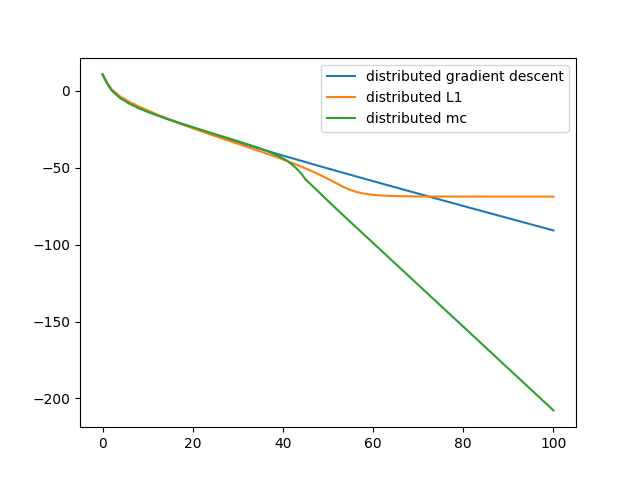
Repository: komuro-zero/distributed-optimization
Script's output: python main.py
These files come from the project's save history. The script's output is drawn as it stood at one moment and after the next save; the edit follows.
Random numbers start from a fixed seed.

Above is the script's output before, as saved 2019-09-24 11:57:54.

### main.py
import numpy as np
import matplotlib.pyplot as plt
from numpy.random import *
from modules.distributed_functions import functions


class distributed_updates(functions):


    def __init__(self):

        self.N = 30
        self.m = 100
        self.r_i = 40
        self.iteration = 100
        self.sparsity_percentage = 0.2
        self.lamb = 10**-2
        self.eta = 0.24
        self.rho = self.lamb*(20**2)
        if self.lamb/self.rho <= self.eta*self.lamb:
            print("faulty rho")
            exit()

    def make_variables(self):
        """
        w_star,U_all,d_allを返㝙
        """
        w = randn(self.N,1)
        w_star = self.w_star(self.N,self.sparsity_percentage)
        U_all = randn(self.m,self.N)
        d_all = np.dot(U_all,w_star)
        L2 = np.dot(w_star.T,w_star)

        return w,w_star,U_all,d_all,L2

    def run(self):
        w,w_star,U_all,d_all,L2 = self.make_variables()
        c = self.adjacency_matrix(self.m,self.r_i)
        w_all = self.make_w(self.m,self.N)

        #self.centralized_gradient_descent(U_all,d_all,w,w_star,L2,0.0035,self.iteration)
        #self.centralized_L1(U_all,d_all,w,w_star,L2,10**-4,0.0036,self.iteration)
        #self.centralized_mc(U_all,d_all,w,w_star,L2,5*10**-1,0.0036,5*10**-1*(23.57**2),self.iteration)
        self.distributed_gradient_descent(U_all,d_all,w_star,L2,self.N,self.m,self.r_i,0.25,self.iteration,c,w_all)
        self.distributed_L1(U_all,d_all,w_star,L2,self.N,self.m,self.r_i,10**-4,0.26,self.iteration,c,w_all)
        dmc = self.distributed_mc(U_all,d_all,w_star,L2,self.N,self.m,self.r_i,self.lamb,self.eta,self.rho,self.iteration,c,w_all)

        #error = [cgd[-1],cl1,cmc[-1],dgd[-1],dl1[-1],dmc[-1]]
        return dmc[-1]#error

"""
    #not completed
    def run_distributed(self):
        w,w_star,U_all,d_all,L2 = self.make_variables()

        lamb_l1 = 9*10**-5
        lamb_mc = 10**-3
        eta_gd = 0.1
        eta_l1 = 0.09
        eta_mc = 0.01

        self.distributed(U_all,d_all,w_star,L2,self.N,self.m,self.r_i,lamb_l1,lamb_mc,eta_gd,eta_l1,eta_mc,self.rho,self.iteration)
"""


if __name__ == "__main__":
    simulation = distributed_updates()
    cgd=cl1=cmc=dgd=dl1=dmc=[]
    for i in range(1):
        error = simulation.run()
        cgd.append(error)
        print("iteration:",i)
        """
        error = simulation.run()
        cgd.append(error[0])
        cl1.append(error[1])
        cmc.append(error[2])
        dgd.append(error[3])
        dl1.append(error[4])
        dmc.append(error[5])

        print("iteration:",i)
        """
    times = range(len(cgd))

    print("average:",sum(cgd)/len(cgd),"\n max:",max(cgd))
    #plt.bar(times,cgd)
    plt.legend()
    plt.show()

### modules/distributed_functions.py
#functions used in each simulations
import numpy as np
from numpy.random import *
import matplotlib.pyplot as plt
import random

class functions():
	def w_star(self,N,sparse_percentage):
		w_star = randn(N,1)     #０に近い値が出力される。つまり平均は0
		before_length = len(w_star)
		after_length = before_length
		while (after_length / before_length) > sparse_percentage:
			a = randint(0,N-1)  #randintは整数で返す
			w_star[a] = 0
			after_length = len(np.unique(w_star))-1  #重複要素の削除
		return w_star

	def db(self,x, y):
		db = 10 * np.log10(x / y)
		return db[0][0]

	def adjacency_matrix(self,m,r_i):
		c = np.eye(m)
		for j in range(m):
			counter = 0
			while counter != r_i:
				random_num = random.randint(0,m-1)
				if c[j][random_num] != 1:
					c[j][random_num] = 1
					counter += 1
		return c

	def make_w(self,m,N):
		w = randn(N,1).T
		for i in range(m-1):
			w = np.concatenate((w,randn(N,1).T))
		return w

	def centralized_gradient_descent(self,Ut,d,w,w_star,L2,eta,iteration):
		error = [self.db(np.dot((w-w_star).T,w-w_star)[0],L2)]
		times = [0]
		one_error =0
		U = Ut.T
		for i in range(iteration):
			w = w - 2*eta*(np.dot(U,(np.dot(Ut,w)-d)))
			one_error = np.dot((w-w_star).T,w-w_star)[0]
			error.append(self.db(one_error,L2))
			times.append(i+1)
		plt.plot(times,error,label = "centralized gradient descent")
		return error,w

	def centralized_L1(self,Ut,d,w,w_star,L2,lamb,eta,iteration):
		error = [self.db(np.dot((w-w_star).T,w-w_star)[0],L2)]
		times = [0]
		one_error =0
		U = Ut.T
		for i in range(iteration):
			w = w - 2*eta*(np.dot(U,(np.dot(Ut,w)-d)))
			for j in range(len(w)):
				if w[j] > 0 and lamb < abs(w[j]):
					w[j] -= lamb
				elif w[j] < 0 and lamb < abs(w[j]):
					w[j] += lamb
				else:
					w[j] = 0
			one_error = np.dot((w-w_star).T,w-w_star)[0]
			error.append(self.db(one_error,L2))
			times.append(i+1)
		exec("plt.plot(times,error,label = 'centralized_L1')")
		return error,w

	def centralized_mc(self,Ut,d,w,w_star,L2,lamb,eta,rho,iteration):
		error = [self.db(np.dot((w-w_star).T,w-w_star)[0],L2)]
		times = [0]
		one_error =0
		U = Ut.T
		for i in range(iteration):
			w = w - 2*eta*(np.dot(U,(np.dot(Ut,w)-d)))
			for j in range(len(w)):
				if abs(w[j]) < eta*lamb:
					w[j] = 0
				elif eta*lamb < abs(w[j]) and abs(w[j]) < lamb/rho:
					w[j] = w[j]*(abs(w[j])-eta*lamb)/(abs(w[j])*(1-eta*rho))
				elif lamb/rho <= abs(w[j]):
					w[j] = w[j]
				else:
					print("banana")
			one_error = np.dot((w-w_star).T,w-w_star)[0]
			error.append(self.db(one_error,L2))
			times.append(i+1)
			one_error = 0
		plt.plot(times,error,label = "centralized_mc")
		return error,w

	def one_gradient_descent(self,Ut,d,w,eta):
		U = Ut.T
		w = w - 2*eta*((U*(np.dot(Ut,w)-d)))
		return w

	def one_L1(self,Ut,d,w,lamb,eta):
		U = Ut.T
		w = w - 2*eta*((U*(np.dot(Ut,w)-d)))
		for j in range(len(w)):
			if w[j] > 0 and lamb < abs(w[j]):
				w[j] -= lamb
			elif w[j] < 0 and lamb < abs(w[j]):
				w[j] += lamb
			else:
				w[j] = 0
		return w

	def one_mc(self,Ut,d,w,lamb,eta,rho):
		U = Ut.T
		w = w - 2*eta*((U*(np.dot(Ut,w)-d)))
		for j in range(len(w)):
			if abs(w[j]) < eta*lamb:
				w[j] = 0
			elif eta*lamb < abs(w[j]) and abs(w[j]) < lamb/rho:
				w[j] = w[j]*(abs(w[j])-eta*lamb)/(abs(w[j])*(1-eta*rho))
			elif lamb/rho <= abs(w[j]):
				w[j] = w[j]
			else:
				print("banana")
		return w

	def distributed_gradient_descent(self,Ut,d,w_star,L2,N,m,r_i,eta,iteration,c,w_all_f):
		average_error = [0]
		for i in range(1,m+1,1):
			exec("u_%d = Ut[%d]" % (i,i-1))
			exec("d_%d = d[%d][0]" % (i,i-1))
			exec("w_%d = np.reshape(w_all_f[%d],(N,1)).ravel() " % (i,i-1))
			exec("w_next_%d = w_%d" % (i,i))
			exec("error_w_%d = []" % (i))
			exec("one_error_%d =[]" % (i))
			exec("average_error[0] += self.db(np.dot((w_%d-w_star.ravel()).T,w_%d-w_star.ravel()),L2)"%(i,i))
		average_error[0] = average_error[0]/m
		times = [0]
		for i in range(iteration):
			for j in range(1,m+1,1):
				exec("w_%d = self.one_gradient_descent(u_%d,d_%d,w_%d,eta)" % (j,j,j,j))
				exec("w_next_%d = w_%d" % (j,j))
			exec("w_all = [w_next_1]")
			for j in range(2,m+1):
				exec("w_all = np.concatenate((w_all,[w_next_%d]))" %(j))
			exec("average = (1/(r_i+1))*np.dot(c,w_all)")
			for j in range(1,m+1,1):
				exec("w_%d = average[%d]" % (j,j-1))
			for j in range(1,m+1,1):
				exec("one_error_%d = np.dot((w_%d-w_star.ravel()).T,w_%d-w_star.ravel())" % (j,j,j))
				#exec("print(one_error_%d)"%(j))
				exec("error_w_%d.append(self.db(one_error_%d,L2))" % (j,j))
			times.append(i+1)
		for i in range(iteration):
			exec("average_error.append(error_w_1[%d])" % (i))
			for j in range(2,m+1,1):
				exec("average_error[%d] += error_w_%d[%d]" % (i+1,j,i))
			average_error[i+1] = average_error[i+1]/m
		exec("plt.plot(times,average_error,label = 'distributed gradient descent')")
		return average_error

	def distributed_L1(self,Ut,d,w_star,L2,N,m,r_i,lamb,eta,iteration,c,w_all_f):
		average_error = [0]
		for i in range(1,m+1,1):
			exec("u_%d = Ut[%d]" % (i,i-1))
			exec("d_%d = d[%d][0]" % (i,i-1))
			exec("w_%d = np.reshape(w_all_f[%d],(N,1)).ravel() " % (i,i-1))
			exec("w_next_%d = w_%d" % (i,i))
			exec("error_w_%d = []" % (i))
			exec("one_error_%d =[]" % (i))
			exec("average_error[0] += self.db(np.dot((w_%d-w_star.ravel()).T,w_%d-w_star.ravel()),L2)"%(i,i))
		average_error[0] = average_error[0]/m

		times = [0]
		for i in range(iteration):
			for j in range(1,m+1,1):
				exec("w_%d = self.one_L1(u_%d,d_%d,w_%d,lamb,eta)" % (j,j,j,j))
				exec("w_next_%d = w_%d" % (j,j))
			exec("w_all = [w_next_1]")
			for j in range(2,m+1):
				exec("w_all = np.concatenate((w_all,[w_next_%d]))" %(j))
			exec("average = (1/(r_i+1))*np.dot(c,w_all)")
			for j in range(1,m+1,1):
				exec("w_%d = average[%d]" % (j,j-1))
			for j in range(1,m+1,1):
				exec("one_error_%d = np.dot((w_%d-w_star.ravel()).T,w_%d-w_star.ravel())" % (j,j,j))
				exec("error_w_%d.append(self.db(one_error_%d,L2))" % (j,j))
			times.append(i+1)
		for i in range(iteration):
			exec("average_error.append(error_w_1[%d])" % (i))
			for j in range(2,m+1,1):
				exec("average_error[%d] += error_w_%d[%d]" % (i+1,j,i))
			average_error[i+1] = average_error[i+1]/m
		exec("plt.plot(times,average_error,label = 'distributed L1')")
		return average_error

	def distributed_mc(self,Ut,d,w_star,L2,N,m,r_i,lamb,eta,rho,iteration,c,w_all_f):
		average_error = [0]
		for i in range(1,m+1,1):
			exec("u_%d = Ut[%d]" % (i,i-1))
			exec("d_%d = d[%d][0]" % (i,i-1))
			exec("w_%d = np.reshape(w_all_f[%d],(N,1)).ravel() " % (i,i-1))
			exec("w_next_%d = w_%d" % (i,i))
			exec("error_w_%d = []" % (i))
			exec("one_error_%d =[]" % (i))
			exec("average_error[0] += self.db(np.dot((w_%d-w_star.ravel()).T,w_%d-w_star.ravel()),L2)"%(i,i))
		average_error[0] = average_error[0]/m
		times = [0]
		for i in range(iteration):
			for j in range(1,m+1,1):
				exec("w_%d = self.one_mc(u_%d,d_%d,w_%d,lamb,eta,rho)" % (j,j,j,j))
				exec("w_next_%d = w_%d" % (j,j))
			exec("w_all = [w_next_1]")
			for j in range(2,m+1):
				exec("w_all = np.concatenate((w_all,[w_next_%d]))" %(j))
			exec("average = (1/(r_i+1))*np.dot(c,w_all)")
			for j in range(1,m+1,1):
				exec("w_%d = average[%d]" % (j,j-1))
			for j in range(1,m+1,1):
				exec("one_error_%d = np.dot((w_%d-w_star.ravel()).T,w_%d-w_star.ravel())" % (j,j,j))

				exec("error_w_%d.append(self.db(one_error_%d,L2))" % (j,j))
			times.append(i+1)
		for i in range(iteration):
			exec("average_error.append(error_w_1[%d])" % (i))
			for j in range(2,m+1,1):
				exec("average_error[%d] += error_w_%d[%d]" % (i+1,j,i))
			average_error[i+1] = average_error[i+1]/m
		exec("plt.plot(times,average_error,label = 'distributed mc')")
		return average_error

	#not good
	def distributed(self,Ut,d,w_star,L2,N,m,r_i,lamb_l1,lamb_mc,eta_gd,eta_l1,eta_mc,rho,iteration):
		for i in range(1,m+1,1):
			exec("u_%d = Ut[%d]" % (i,i-1))
			exec("d_%d = d[%d][0]" % (i,i-1))
			exec("w_%d = randn(N,1).ravel() " % (i))
			exec("w_mc_%d = w_l1_%d = w_gd_%d = w_%d" % (i,i,i,i))
			exec("w_next_gd_%d =w_next_l1_%d =w_next_mc_%d = w_%d" % (i,i,i,i))
			exec("error_w_gd_%d =error_w_l1_%d =error_w_mc_%d = []" % (i,i,i))
			exec("one_error_gd_%d =one_error_l1_%d =one_error_mc_%d =[]" % (i,i,i))
		average_error_gd = []
		average_error_l1 = []
		average_error_mc = []
		times = []
		c = np.eye(m)
		for j in range(m):
			counter = 0
			while counter != r_i:
				random_num = random.randint(0,m-1)
				if c[j][random_num] != 1:
					c[j][random_num] = 1
					counter += 1
		for i in range(iteration):
			for j in range(1,m+1,1):
				exec("w_gd_%d = self.one_gradient_descent(u_%d,d_%d,w_gd_%d,eta_gd)" % (j,j,j,j))
				exec("w_next_gd_%d = w_gd_%d" % (j,j))
				exec("w_l1_%d = self.one_L1(u_%d,d_%d,w_l1_%d,lamb_l1,eta_l1)" % (j,j,j,j))
				exec("w_next_l1_%d = w_l1_%d" % (j,j))
				exec("w_mc_%d = self.one_mc(u_%d,d_%d,w_mc_%d,lamb_mc,eta_mc,rho)" % (j,j,j,j))
				exec("w_next_mc_%d = w_mc_%d" % (j,j))
			exec("w_all_gd = [w_next_gd_1]")
			exec("w_all_l1 = [w_next_l1_1]")
			exec("w_all_mc = [w_next_mc_1]")
			for j in range(2,m+1):
				exec("w_all_gd = np.concatenate((w_all_gd,[w_next_gd_%d]))" %(j))
				exec("w_all_l1 = np.concatenate((w_all_l1,[w_next_l1_%d]))" %(j))
				exec("w_all_mc = np.concatenate((w_all_mc,[w_next_mc_%d]))" %(j))
			exec("average_gd = (1/(r_i+1))*np.dot(c,w_all_gd)")
			exec("average_l1 = (1/(r_i+1))*np.dot(c,w_all_l1)")
			exec("average_mc = (1/(r_i+1))*np.dot(c,w_all_mc)")
			for j in range(1,m+1,1):
				exec("w_gd_%d = average_gd[%d]" % (j,j-1))
				exec("w_l1_%d = average_l1[%d]" % (j,j-1))
				exec("w_mc_%d = average_mc[%d]" % (j,j-1))
			for j in range(1,m+1,1):
				exec("one_error_gd_%d = np.dot((w_gd_%d-w_star.ravel()).T,w_gd_%d-w_star.ravel())" % (j,j,j))
				#exec("print(i,j,self.db(one_error_gd_1,L2))")
				exec("error_w_gd_%d.append(self.db(one_error_gd_%d,L2))" % (j,j))
				exec("one_error_l1_%d = np.dot((w_l1_%d-w_star.ravel()).T,w_l1_%d-w_star.ravel())" % (j,j,j))
				exec("error_w_l1_%d.append(self.db(one_error_l1_%d,L2))" % (j,j))
				exec("one_error_mc_%d = np.dot((w_mc_%d-w_star.ravel()).T,w_mc_%d-w_star.ravel())" % (j,j,j))
				exec("error_w_mc_%d.append(self.db(one_error_mc_%d,L2))" % (j,j))
			exec("print(self.db(one_error_gd_1,L2),self.db(one_error_l1_1,L2),self.db(one_error_mc_,L2))")
			exec("print(error_w_gd_1)")
			times.append(i)
		for i in range(iteration):
			exec("average_error_gd.append(error_w_gd_1[%d])" % (i))
			exec("average_error_l1.append(error_w_l1_1[%d])" % (i))
			exec("average_error_mc.append(error_w_mc_1[%d])" % (i))
			for j in range(2,m+1,1):
				exec("average_error_gd[%d] += error_w_gd_%d[%d]" % (i,j,i))
				exec("average_error_l1[%d] += error_w_l1_%d[%d]" % (i,j,i))
				exec("average_error_mc[%d] += error_w_mc_%d[%d]" % (i,j,i))
			average_error_gd[i] = average_error_gd[i]/m
			average_error_l1[i] = average_error_l1[i]/m
			average_error_mc[i] = average_error_mc[i]/m
		plt.plot(times,average_error_gd,label = 'distributed gradient descent')
		plt.plot(times,average_error_l1,label = 'distributed L1')
		plt.plot(times,average_error_mc,label = 'distributed mc')
		plt.legend()
		plt.show()
		return average_error_gd,average_error_l1,average_error_mc

After the next save:
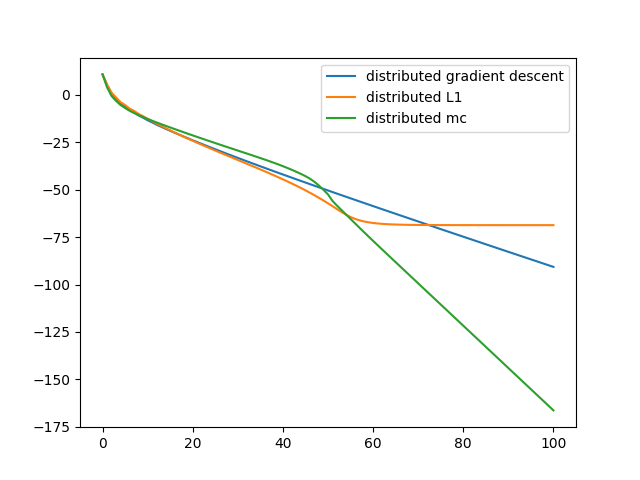
Saved 28 s later.
--- a/main.py
+++ b/main.py
@@ -15,7 +15,7 @@ class distributed_updates(functions):
         self.iteration = 100
         self.sparsity_percentage = 0.2
         self.lamb = 10**-2
-        self.eta = 0.24
+        self.eta = 0.20
         self.rho = self.lamb*(20**2)
         if self.lamb/self.rho <= self.eta*self.lamb:
             print("faulty rho")
